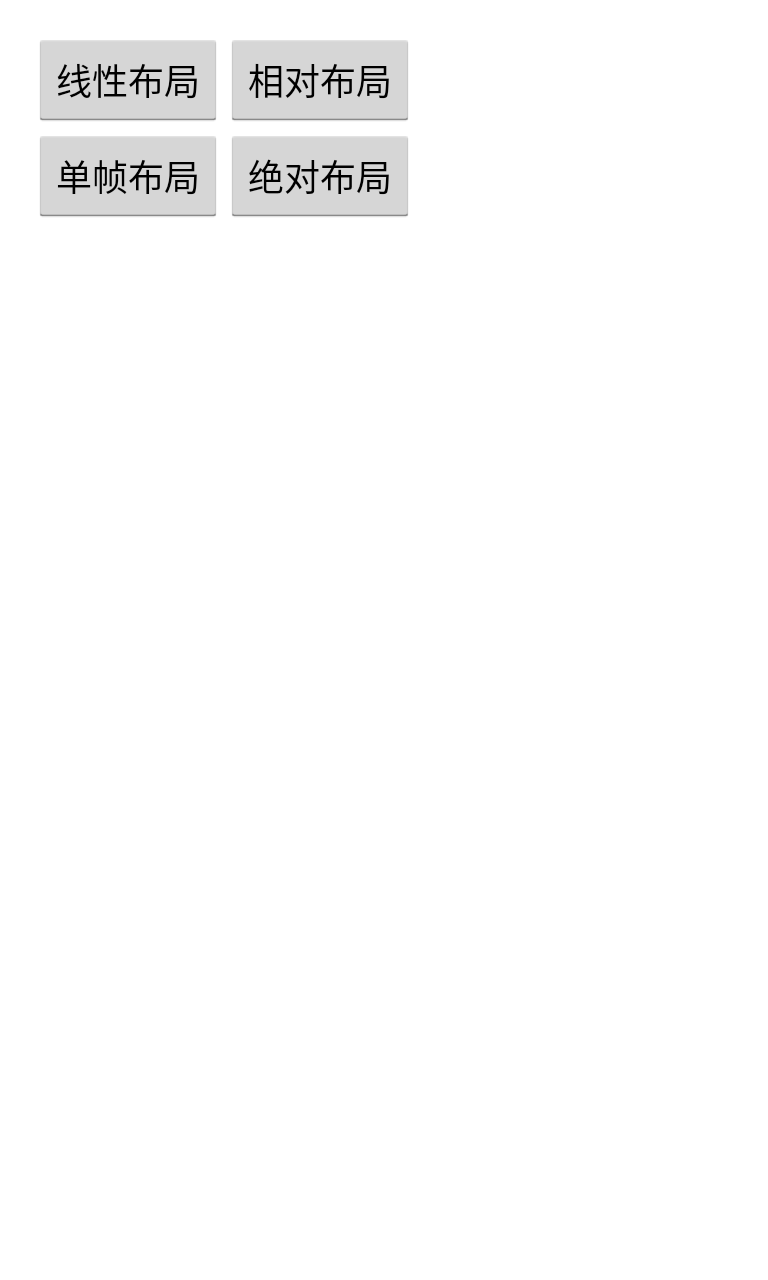
Repository: treizeor/android-examples
Layout: Ch003Layouts/res/layout/relativelayout_main.xml
The author's editor kept a copy of each file at every save. The layout is drawn from the files as they stood at one save, then again after the next save.
It is drawn on a 768 x 1280 px phone screen (xhdpi) without system bars, with theme AppTheme; the app's code is not run.

Above is the layout before, as saved 2014-06-02 03:46:39.

After the next save:
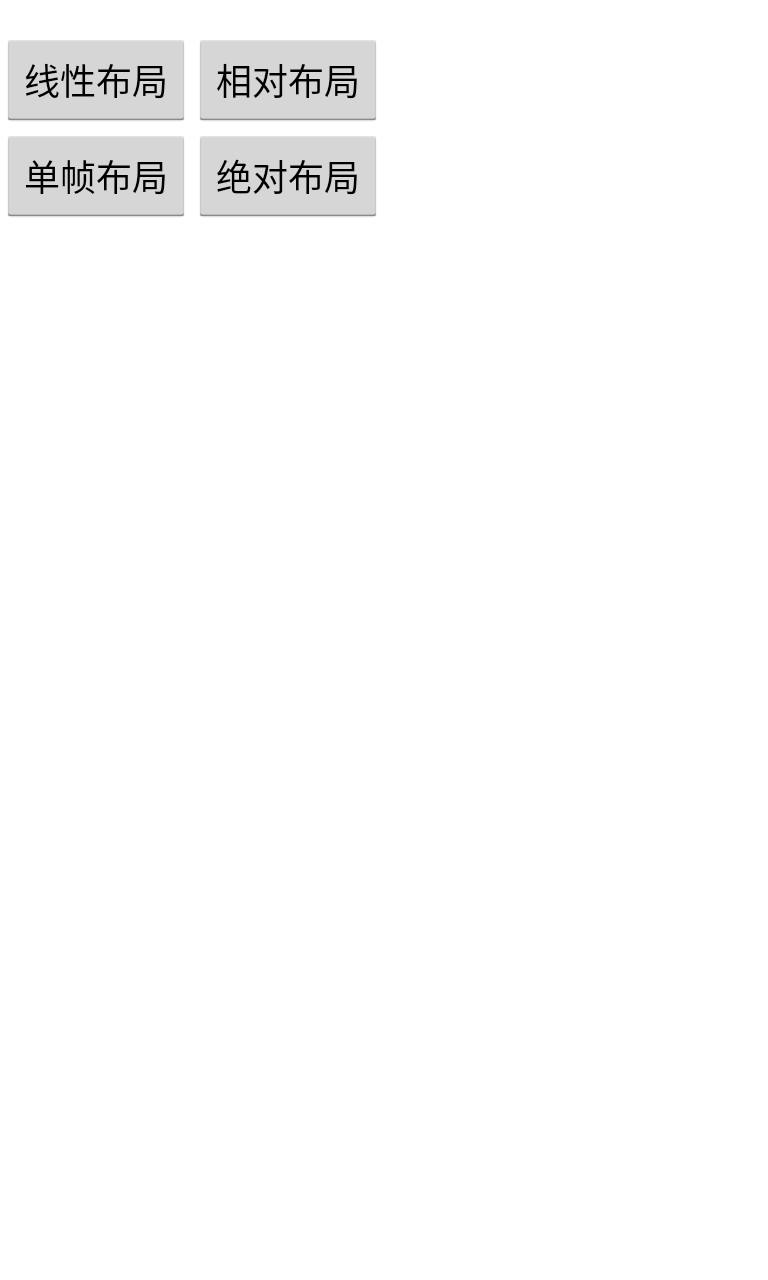
Saved 18 s later.
--- a/Ch003Layouts/res/layout/relativelayout_main.xml
+++ b/Ch003Layouts/res/layout/relativelayout_main.xml
@@ -2,9 +2,6 @@
     xmlns:tools="http://schemas.android.com/tools"
     android:layout_width="match_parent"
     android:layout_height="match_parent"
-    android:paddingBottom="@dimen/activity_vertical_margin"
-    android:paddingLeft="@dimen/activity_horizontal_margin"
-    android:paddingRight="@dimen/activity_horizontal_margin"
     android:paddingTop="@dimen/activity_vertical_margin"
     tools:context="com.example.ch003layouts.MainActivity" >
 
